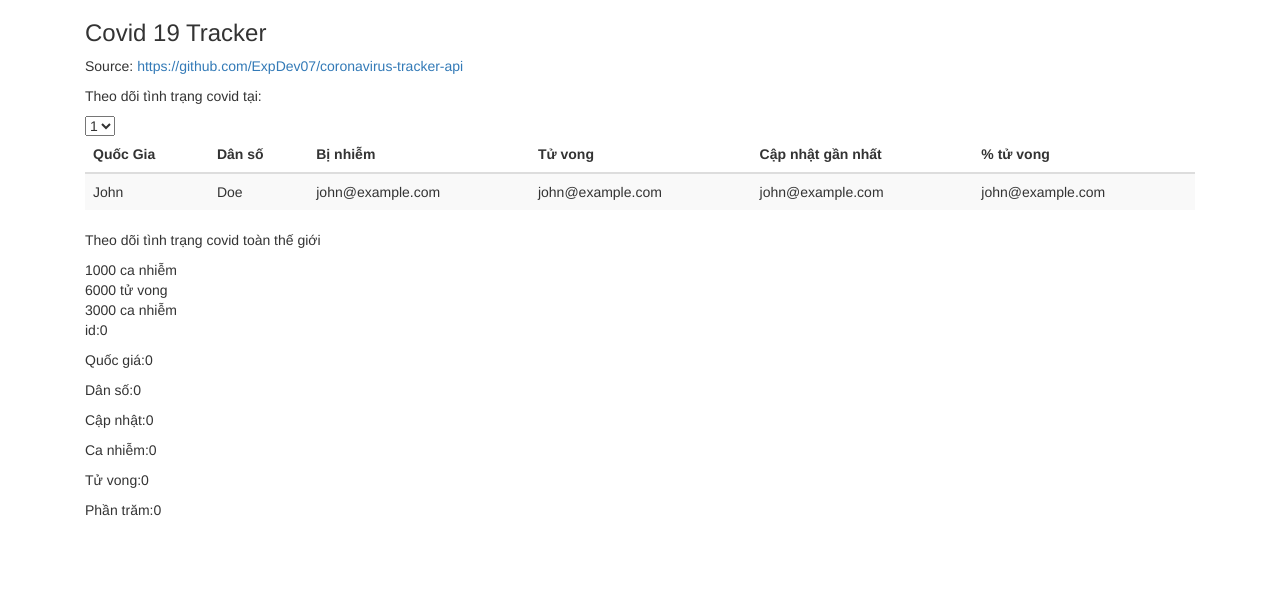
Repository: critdang/electro_store
Page: javascript_project/covid_tracker/index.html
An editor plug-in stored every save of this project. The page is shown before and after the next save, followed by the edit.
The browser window is 1280 px wide. The pictures show the whole page.

Above is the page before, as saved 2021-09-23 00:01:10.
Console error (its wording comes from the project's code and is left out).

### javascript_project/covid_tracker/index.html
<!DOCTYPE html>
<html lang="en">
<head>
    <meta charset="UTF-8">
    <meta name="viewport" content="width=device-width, initial-scale=1.0">
    <title>Covid Tracker</title>
        <!-- Latest compiled and minified CSS -->
    <link rel="stylesheet" href="https://maxcdn.bootstrapcdn.com/bootstrap/3.3.7/css/bootstrap.min.css" integrity="sha384-BVYiiSIFeK1dGmJRAkycuHAHRg32OmUcww7on3RYdg4Va+PmSTsz/K68vbdEjh4u" crossorigin="anonymous">

    <!-- Optional theme -->
    <link rel="stylesheet" href="https://maxcdn.bootstrapcdn.com/bootstrap/3.3.7/css/bootstrap-theme.min.css" integrity="sha384-rHyoN1iRsVXV4nD0JutlnGaslCJuC7uwjduW9SVrLvRYooPp2bWYgmgJQIXwl/Sp" crossorigin="anonymous">

    <style type="text/css">
        ul.list_world{
            padding: 0;
            margin: 0;
            list-style: none;
        }

    </style>

</head>
<body>
    <div class ="container">
        <div class="col-md-12">
            <h3>Covid 19 Tracker</h3>
            <p> Source: <a href="">https://github.com/ExpDev07/coronavirus-tracker-api</a></p>

            <p>Theo dõi tình trạng covid tại: <div id:"title"></div></p>
            <select>
                <option>1</option>
            </select>
            <table class="table table-striped">
                <thead>
                  <tr>
                    <th>Quốc Gia</th>
                    <th>Dân số</th>
                    <th>Bị nhiễm</th>
                    <th>Tử vong</th>
                    <th>Cập nhật gần nhất</th>
                    <th>% tử vong</th>

                  </tr>
                </thead>
                <tbody>
                  <tr>
                    <td>John</td>
                    <td>Doe</td>
                    <td>john@example.com</td>
                    <td>john@example.com</td>
                    <td>john@example.com</td>
                    <td>john@example.com</td>
                  </tr>
                  <tr>
                  </tr>
                </tbody>
              </table>
              <!---world-->
              <p>Theo dõi tình trạng covid toàn thế giới</p>
              <div id="total" >1000 ca nhiễm</div>
              <div id="total_tuvong" >6000 tử vong</div>
              <div id="total_phuchoi" >3000 ca nhiễm</div>
              <ul class="list_world">
                  <li>
                      <p> id:0</p>
                      <p> Quốc giá:0</p>
                      <p> Dân số:0</p>
                      <p> Cập nhật:0</p>
                      <p> Ca nhiễm:0</p>
                      <p> Tử vong:0</p>
                      <p> Phần trăm:0</p>
                  </li>
              </ul>
        </div>
    </div>
</body>
<!-- Latest compiled and minified JavaScript -->
<script src="https://maxcdn.bootstrapcdn.com/bootstrap/3.3.7/js/bootstrap.min.js" integrity="sha384-Tc5IQib027qvyjSMfHjOMaLkfuWVxZxUPnCJA7l2mCWNIpG9mGCD8wGNIcPD7Txa" crossorigin="anonymous"></script>
<script type="text/javascript" src="app.js"></script>
<!--  phải để dưới body vì chạy cấu trúc DOM trước -->
</html>

Loaded but not shown: javascript_project/covid_tracker/app.js (common file)

After the next save:
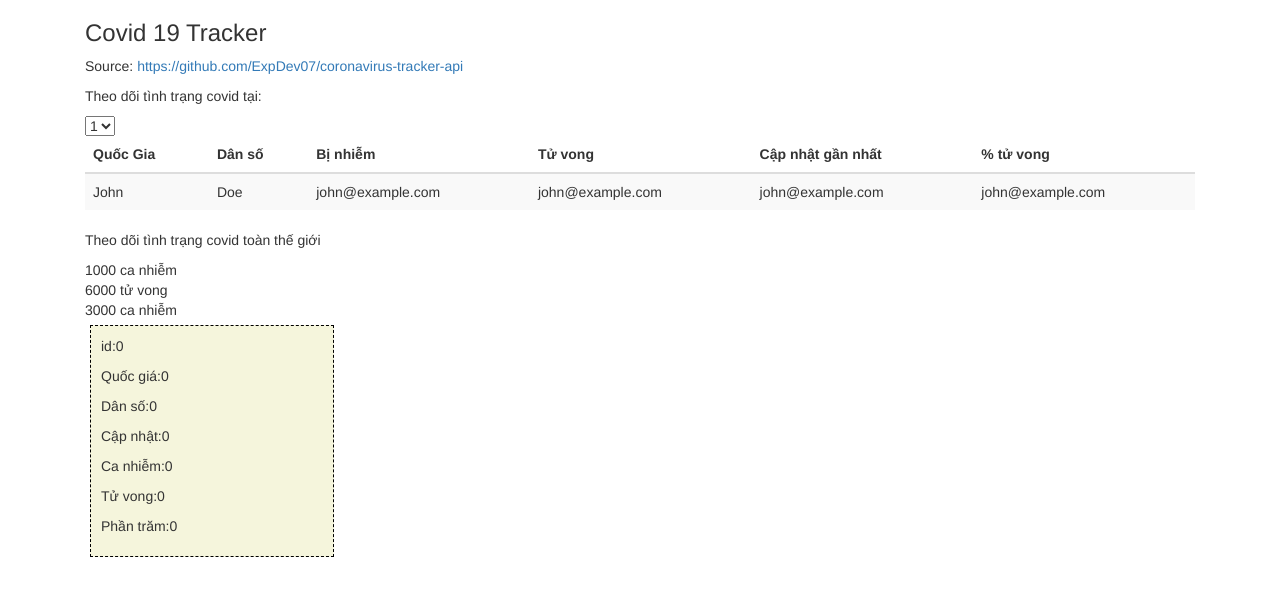
Saved 4 min 59 s later.
--- a/javascript_project/covid_tracker/index.html
+++ b/javascript_project/covid_tracker/index.html
@@ -16,7 +16,13 @@
             margin: 0;
             list-style: none;
         }
-
+        ul.list_world li{
+            border: 1px dashed #000;
+            width: 22%;
+            padding: 10px;
+            margin: 5px;
+            background: beige;
+        }
     </style>
 
 </head>
